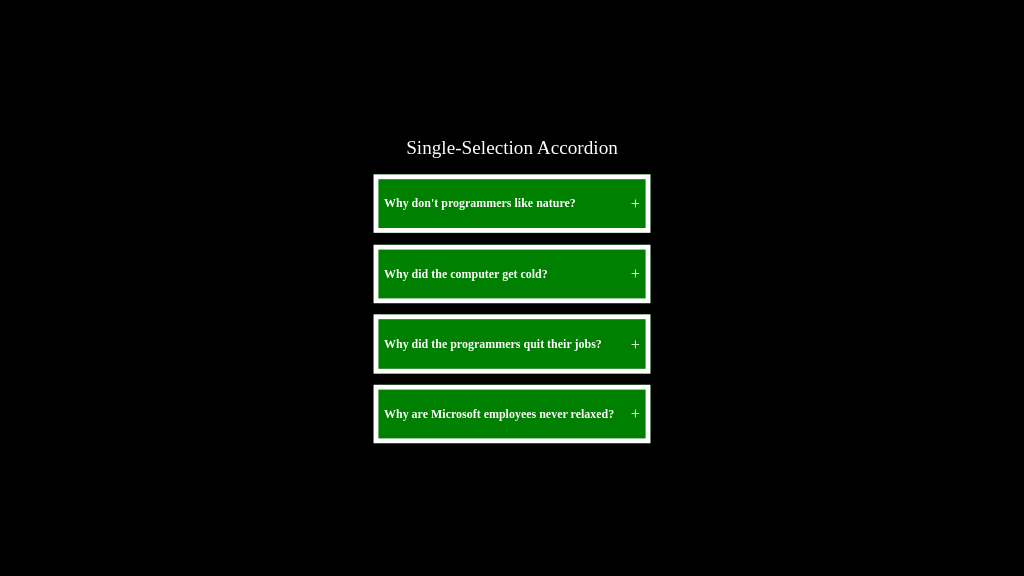
Repository: kosenijr/react-projects
Page: / (app in accordion/)
These files come from the project's save history. The page is drawn as it stood at one moment and after the next save; the edit follows.
The browser window is 1280 px wide. The pictures show the whole page, at 80% of full size.
The project was rebuilt for these pictures with package versions that can differ from the ones it lists, and the page was loaded fresh each time.

Above is the page before, as saved 2024-03-03 01:49:30.

### accordion/src/App.js
import React from "react";
import "./App.css";
import SingleSelection from "./components/SingleSelection";

function App() {
  return (
    <div className="App">
      <SingleSelection />
    </div>
  );
}

export default App;

### accordion/src/components/SingleSelection.js
import React, { useState } from "react";
import "../styles/SingleSelection.css";
import data from "../data";

function SingleSelection() {
  // setting up useState.
  const [selected, setSelected] = useState(null);
  // setting up handling
  const handleSingleSelection = (getCurrentId) => {
    console.log(selected, getCurrentId);
    // setSelected(getCurrentId === selected ? null : getCurrentId); // keep add condition for closure
    setSelected(selected !== getCurrentId ? getCurrentId : null);
  };

  return (
    <div className="single-selection-wrapper">
      {/* Single-Selection Accordion */}
      <div className="single-selection-accordion">
        <h2 className="single-selection-description">Single-Selection Accordion</h2>
        {data && data.length > 0 ? (
          data.map((dataItem) => (
            <div className="single-selection-item" key={dataItem.id} onClick={() => handleSingleSelection(dataItem.id)}>
              {/* always remember to add key */}
              <div className="single-selection-title">
                <h3>{dataItem.question}</h3>
                <span className="single-selection-span">{selected === dataItem.id ? "-" : "+"}</span>
              </div>
              {selected === dataItem.id ? (
                <div className="single-selection-content ">{dataItem.answer}</div>
              ) : null}
            </div>
          ))
        ) : (
          <div>No data found!</div>
        )}
      </div>
    </div>
  );
}

export default SingleSelection;

### accordion/src/styles/SingleSelection.css
.single-selection-wrapper {
  display: flex;
  justify-content: center;
  align-items: center;
  height: 100vh;
  width: 100vw;
  background-color: black;
  color: white;
}

.single-selection-description {
  font-family: "Raleway";
  font-weight: 500;
}

.single-selection-item {
  background-color: green;
  color: white;
  font-size: 0.8em;
  font-family: "Raleway", "Times New Roman";
  margin: 2vh 0;
  padding: 1vh;
  width: 25vw;
  border: 0.5em solid white;
  cursor: pointer;
}

.single-selection-title {
  display: flex;
  justify-content: space-between;
  align-items: center;
}

.single-selection-span {
  font-size: 1.6em;;
}

.single-selection-content {
  display: flex;
  justify-content: space-between;
  color: burlywood;
  align-items: left;
  font-size: 1.2em;
  font-family:  "Raleway", "Times New Roman";
  font-weight: 600;

}

### accordion/src/data.js
const data = [
  {
    id: 1,
    question: "Why don't programmers like nature?",
    answer: "It has too many bugs!",
  },

  {
    id: 2,
    question: "Why did the computer get cold?",
    answer: "It left its Windows open.",
  },

  {
    id: 3,
    question: "Why did the programmers quit their jobs?",
    answer: "Because they didn't get arrays!",
  },

  {
    id: 4,
    question: "Why are Microsoft employees never relaxed?",
    answer: "Because they're always on Edge.",
  },
];

export default data;

### accordion/src/components/MultiSelection.js
import React, { useState } from "react";
import "../styles/MultiSelection.css";
import data from "../data";

function MultiSelection() {
  // setting up useState.
  const [selected, setSelected] = useState(null);
  // setting up handling
  const handleMultiSelection = (getCurrentId) => {
    console.log(selected, getCurrentId);
    // setSelected(getCurrentId === selected ? null : getCurrentId); // keep add condition for closure
    setSelected(selected !== getCurrentId ? getCurrentId : null);
  };

  return (
    <div className="multi-selection-wrapper">
      {/* Multi-Selection Accordion */}
      <div className="multi-selection-accordion">
        <h2 className="multi-selection-description">Multiple-Selection Accordion</h2>
        {data && data.length > 0 ? (
          data.map((dataItem) => (
            <div className="multi-selection-item" key={dataItem.id} onClick={() => handleMultiSelection(dataItem.id)}>
              {/* always remember to add key */}
              <div className="multi-selection-title">
                <h3>{dataItem.question}</h3>
                <span className="multi-selection-span">{selected === dataItem.id ? "-" : "+"}</span>
              </div>
              {selected === dataItem.id ? (
                <div className="multi-selection-content ">{dataItem.answer}</div>
              ) : null}
            </div>
          ))
        ) : (
          <div>No data found!</div>
        )}
      </div>
    </div>
  );
}

export default MultiSelection;

### accordion/src/styles/MultiSelection.css
.multi-selection-wrapper {
  display: flex;
  justify-content: center;
  align-items: center;
  height: 100vh;
  width: 100vw;
  background-color: black;
  color: white;
}

.multi-selection-description {
  font-family: "Raleway";
  font-weight: 500;
}

.multi-selection-item {
  background-color: green;
  color: white;
  font-size: 0.8em;
  font-family: "Raleway", "Times New Roman";
  margin: 2vh 0;
  padding: 1vh;
  width: 25vw;
  border: 0.5em solid white;
  cursor: pointer;
}

.multi-selection-title {
  display: flex;
  justify-content: space-between;
  align-items: center;
}

.multi-selection-span {
  font-size: 1.6em;
}

.multi-selection-content {
  display: flex;
  justify-content: space-between;
  color: burlywood;
  align-items: left;
  font-size: 1.2em;
  font-family: "Raleway", "Times New Roman";
  font-weight: 600;
}

Loaded but not shown: accordion/public/index.html (common file); accordion/src/index.js (common file); accordion/src/index.css (common file); accordion/src/reportWebVitals.js (common file); accordion/src/App.css (common file)

After the next save:
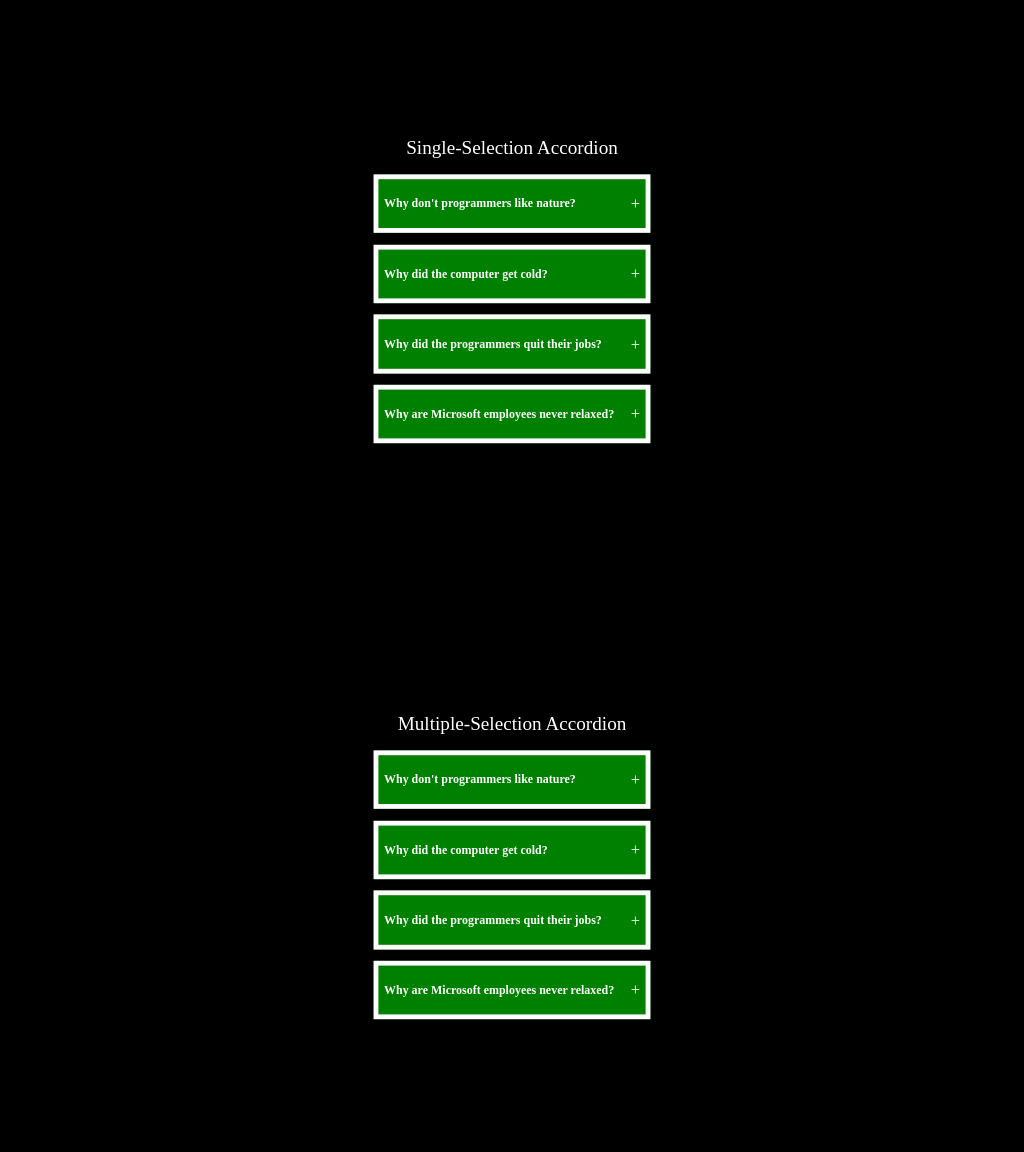
Saved 32 s later.
--- a/accordion/src/App.js
+++ b/accordion/src/App.js
@@ -1,11 +1,13 @@
 import React from "react";
 import "./App.css";
 import SingleSelection from "./components/SingleSelection";
+import MultiSelection from "./components/MultiSelection";
 
 function App() {
   return (
     <div className="App">
       <SingleSelection />
+      <MultiSelection />
     </div>
   );
 }
